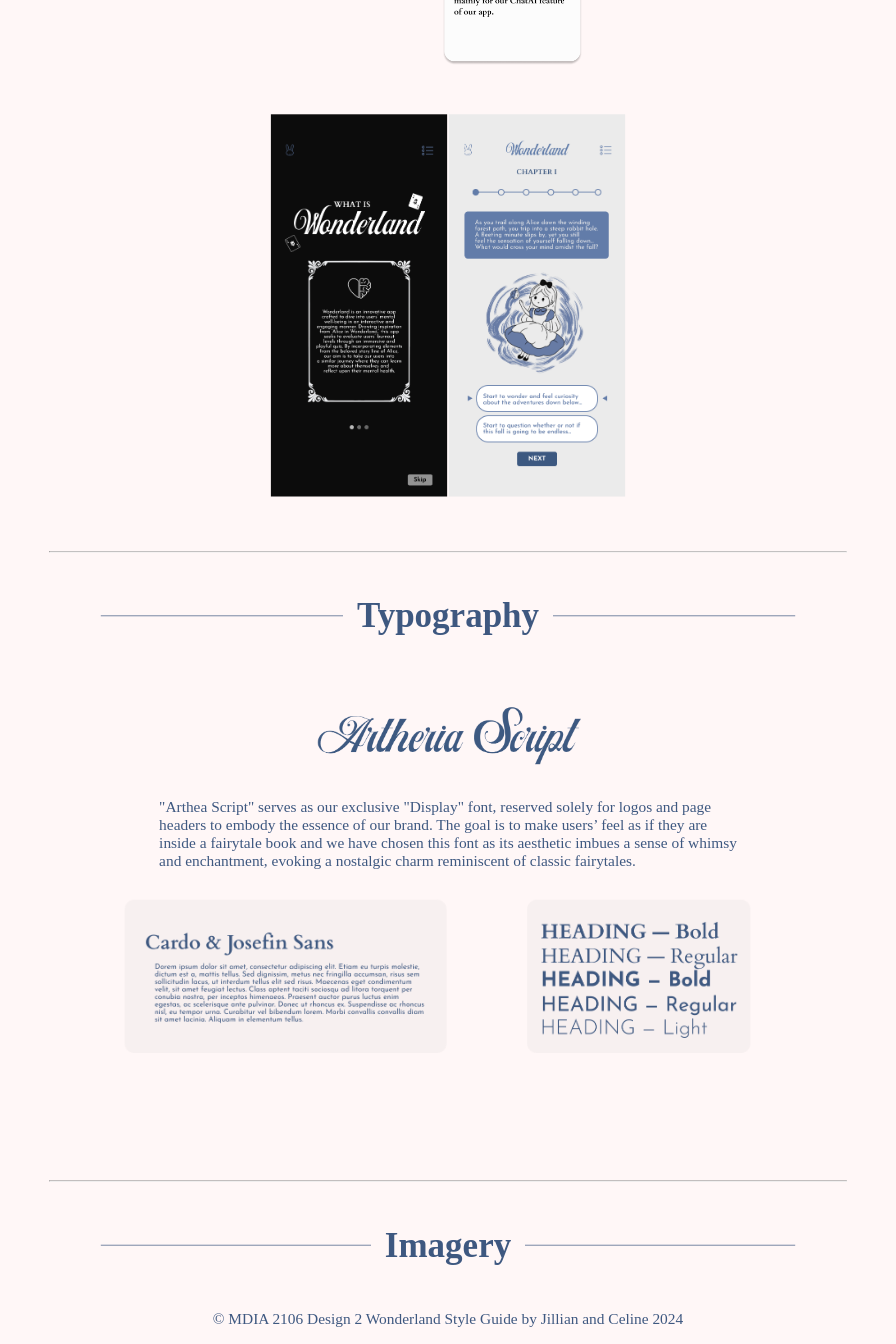
Repository: MeowCeline00/styleguide_wonder
Page: index.html
An editor plug-in stored every save of this project. The page is shown before and after a run of saves, followed by the edit.
The browser window is 1280 px wide. The pictures show the part of the page from y = 2525 to 4445 px (the page is 4445 px tall before and 4435 px after), at 70% of full size.

Above is the page before, as saved 2024-04-09 23:14:13.

After the next 3 saves:
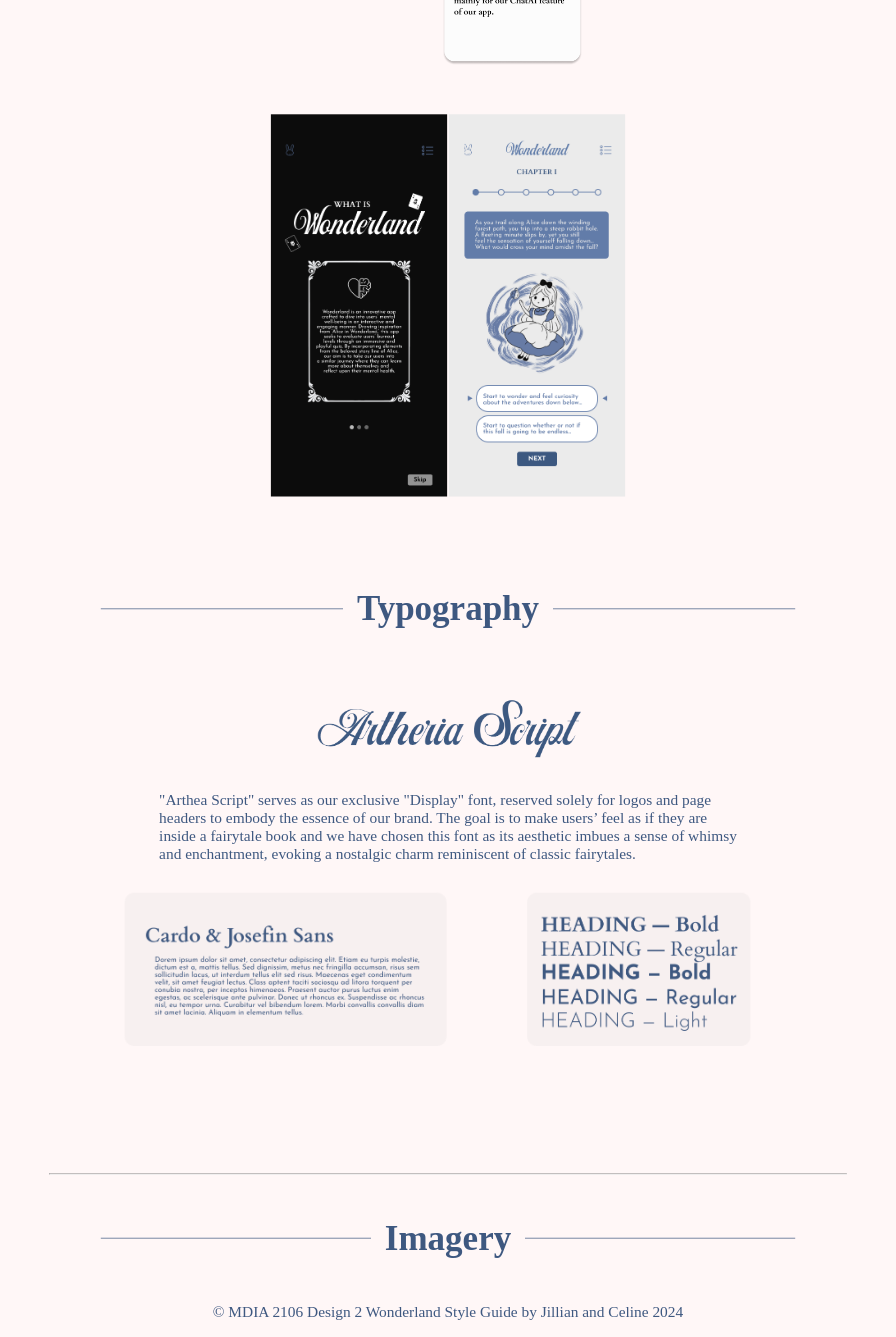
The 3 saves are shown as one change because they came seconds apart.
The last was saved 74 s later.
--- a/index.html
+++ b/index.html
@@ -76,6 +76,8 @@
             <div class="quiz_page">
                 <img src="./images/quiz.png" alt="quiz" style="width:40%">
             </div>
+
+            <div class="quiz"
 
             <hr style="width: 90%;" />
 

After the 2 saves that followed:
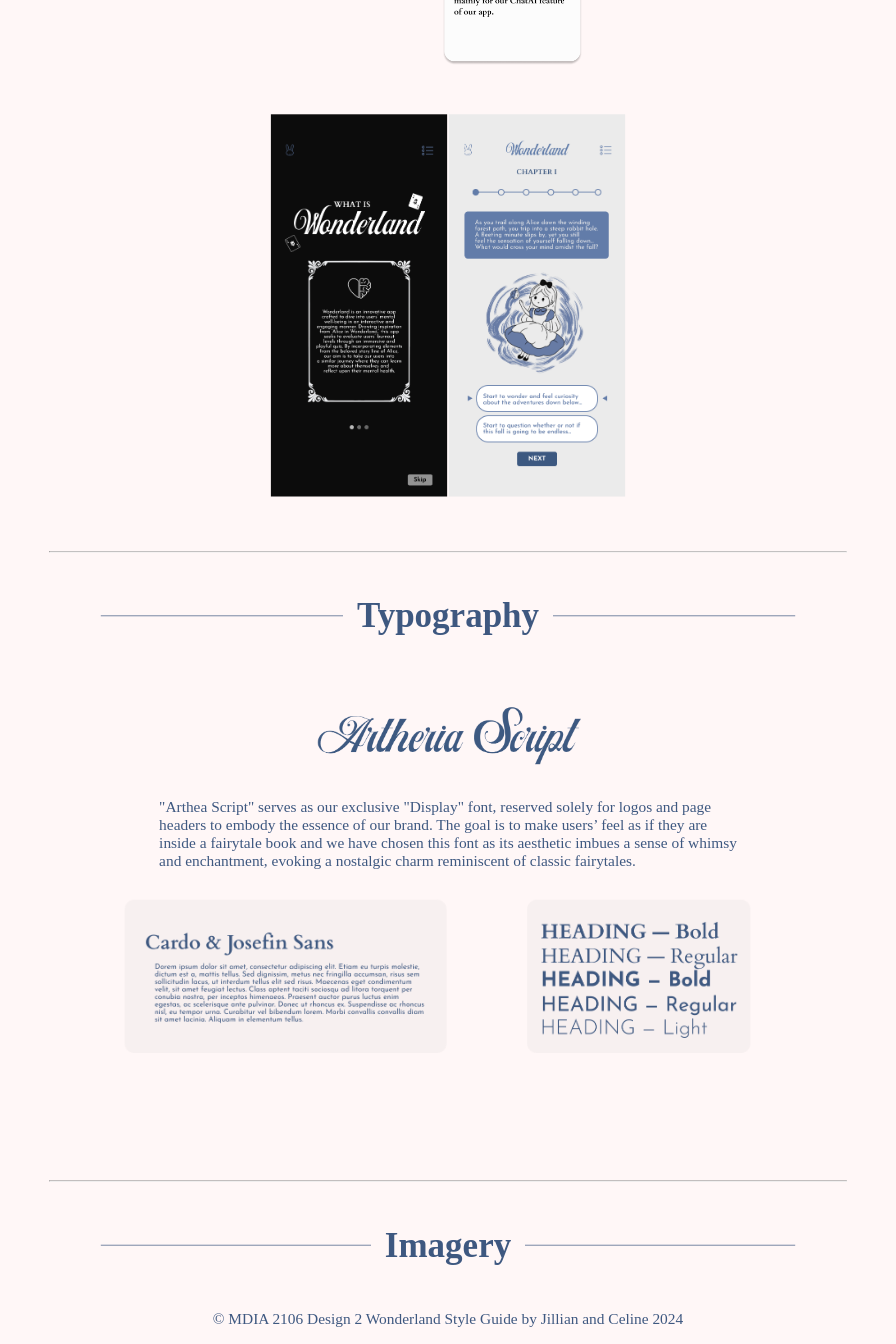
The 2 saves are shown as one change because they came seconds apart.
The last was saved 9 s later.
--- a/index.html
+++ b/index.html
@@ -77,7 +77,7 @@
                 <img src="./images/quiz.png" alt="quiz" style="width:40%">
             </div>
 
-            <div class="quiz"
+            <div class="quiz_description"></div>
 
             <hr style="width: 90%;" />
 
